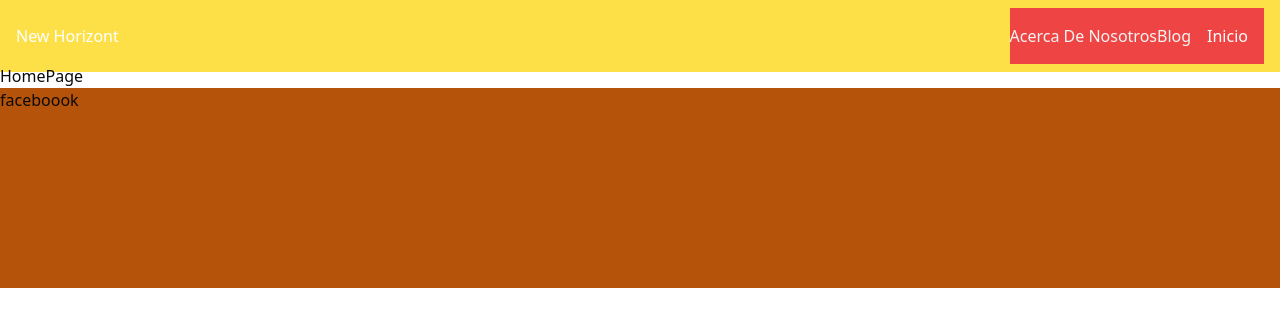
Repository: jefrydep/new-horizont-school
Page: /home
An editor plug-in stored every save of this project. The page is shown before and after the next save, followed by the edit.
The browser window is 1280 px wide. The pictures show the whole page.
The project was rebuilt for these pictures with package versions that can differ from the ones it lists, and the page was loaded fresh each time. The framework's server and built-in components were replaced by stand-ins that run in the browser. Also part of the build but not shown: next.config.ts.

Above is the page before, as saved 2024-11-07 19:57:49.

### src/app/layout.tsx
import type { Metadata } from "next";
import localFont from "next/font/local";
import "./globals.css";
import Navbar from "@/components/Navbar";
import { Button } from "@/components/ui/button";
import Footer from "@/components/Footer";

const geistSans = localFont({
  src: "./fonts/GeistVF.woff",
  variable: "--font-geist-sans",
  weight: "100 900",
});
const geistMono = localFont({
  src: "./fonts/GeistMonoVF.woff",
  variable: "--font-geist-mono",
  weight: "100 900",
});

export const metadata: Metadata = {
  title: "Create Next App",
  description: "Generated by create next app",
};

export default function RootLayout({
  children,
}: Readonly<{
  children: React.ReactNode;
}>) {
  return (
    <html lang="en">
      <body
        className={`   ${geistSans.variable} ${geistMono.variable} antialiased`}
      >
        <Navbar />
        {children}
        <div className=" sm:hidden bg-white border flex justify-center py-3  absolute bottom-0 right-0 left-0">
          <Button className="bg-green-500">
            <span>w</span> Contacto
          </Button>
        </div>
        {/* <div className="absolute bg-red-400 bottom-0 left-1/2 transform -translate-x-1/2 mb-4">
          <Button>Contacto</Button>
        </div> */}
        <Footer/>
      </body>
    </html>
  );
}

### src/app/(new-horizont-school)/layout.tsx
// import type { Metadata } from "next";
// import localFont from "next/font/local";

import Navbar from "@/components/Navbar";

// const geistSans = localFont({
//   src: "./fonts/GeistVF.woff",
//   variable: "--font-geist-sans",
//   weight: "100 900",
// });
// const geistMono = localFont({
//   src: "./fonts/GeistMonoVF.woff",
//   variable: "--font-geist-mono",
//   weight: "100 900",
// });

// export const metadata: Metadata = {
//   title: "Create Next App",
//   description: "Generated by create next app",
// };

export default function SchoolLayout({
  children,
}: Readonly<{
  children: React.ReactNode;
}>) {
  return (
    <html lang="en">
      <body
      // className={`${geistSans.variable} ${geistMono.variable} antialiased`}
      >
        {children}
      </body>
    </html>
  );
}

### src/app/(new-horizont-school)/home/page.tsx

export default function HomePage() {
  return (
    <div>HomePage</div>
  )
}

### src/app/globals.css
@tailwind base;
@tailwind components;
@tailwind utilities;

/* :root {
  --background: #ffffff;
  --foreground: #171717;
}

@media (prefers-color-scheme: dark) {
  :root {
    --background: #0a0a0a;
    --foreground: #ededed;
  }
}

body {
  color: var(--foreground);
  background: var(--background);
  font-family: Arial, Helvetica, sans-serif;
} */
@layer base {
  :root {
    --background: 0 0% 100%;
    --foreground: 20 14.3% 4.1%;
    --card: 0 0% 100%;
    --card-foreground: 20 14.3% 4.1%;
    --popover: 0 0% 100%;
    --popover-foreground: 20 14.3% 4.1%;
    --primary: 24 9.8% 10%;
    --primary-foreground: 60 9.1% 97.8%;
    --secondary: 60 4.8% 95.9%;
    --secondary-foreground: 24 9.8% 10%;
    --muted: 60 4.8% 95.9%;
    --muted-foreground: 25 5.3% 44.7%;
    --accent: 60 4.8% 95.9%;
    --accent-foreground: 24 9.8% 10%;
    --destructive: 0 84.2% 60.2%;
    --destructive-foreground: 60 9.1% 97.8%;
    --border: 20 5.9% 90%;
    --input: 20 5.9% 90%;
    --ring: 20 14.3% 4.1%;
    --chart-1: 12 76% 61%;
    --chart-2: 173 58% 39%;
    --chart-3: 197 37% 24%;
    --chart-4: 43 74% 66%;
    --chart-5: 27 87% 67%;
    --radius: 0.5rem
  }
  .dark {
    --background: 20 14.3% 4.1%;
    --foreground: 60 9.1% 97.8%;
    --card: 20 14.3% 4.1%;
    --card-foreground: 60 9.1% 97.8%;
    --popover: 20 14.3% 4.1%;
    --popover-foreground: 60 9.1% 97.8%;
    --primary: 60 9.1% 97.8%;
    --primary-foreground: 24 9.8% 10%;
    --secondary: 12 6.5% 15.1%;
    --secondary-foreground: 60 9.1% 97.8%;
    --muted: 12 6.5% 15.1%;
    --muted-foreground: 24 5.4% 63.9%;
    --accent: 12 6.5% 15.1%;
    --accent-foreground: 60 9.1% 97.8%;
    --destructive: 0 62.8% 30.6%;
    --destructive-foreground: 60 9.1% 97.8%;
    --border: 12 6.5% 15.1%;
    --input: 12 6.5% 15.1%;
    --ring: 24 5.7% 82.9%;
    --chart-1: 220 70% 50%;
    --chart-2: 160 60% 45%;
    --chart-3: 30 80% 55%;
    --chart-4: 280 65% 60%;
    --chart-5: 340 75% 55%
  }
}
@layer base {
  * {
    @apply border-border;
  }
  body {
    @apply bg-background text-foreground;
  }
}

### src/components/Navbar.tsx
"use client";
import { Menu, X } from "lucide-react";
import Link from "next/link";
import { useState } from "react";

export default function Navbar() {
  const [isOpen, setIsOpen] = useState<boolean>(false);

  return (
    <header className="bg-sky-800 shadow-md h-16">
      <div className="flex justify-between items-center  bg-yellow-300 m-auto container px-4 py-2">
        <div className="text-white">New Horizont</div>
        <nav className="outline-none hidden bg-red-500  sm:flex items-center  list-none">
          <li className="text-secondary">
            <Link href={"/about"}>Acerca De Nosotros</Link>
          </li>
          <li className="text-secondary">
            <Link href={"/blog"}>Blog</Link>
          </li>
          <li className="text-white p-4">
            <Link href={"/"}>Inicio</Link>
          </li>
        </nav>

        {/* Icono de Menú para abrir el menú en móvil */}
        {!isOpen && (
          <div className="sm:hidden">
            <Menu onClick={() => setIsOpen(!isOpen)} color="white" size={45} />
          </div>
        )}

        {/* Menú desplegable con animación */}
        <div
          className={`${
            isOpen ? "opacity-100 visible" : "opacity-0 invisible"
          } absolute top-0 bottom-0 right-0 left-0 bg-black opacity-95 z-30 list-none transition-all ease-in-out `}
        >
          {isOpen && (
            <>
              <li className="text-white p-4">
                <Link href={"/about"}>Acerca De Nosotros</Link>
              </li>
              <li className="text-white p-4">
                <Link href={"/blog"}>Blog</Link>
              </li>
            </>
          )}
        </div>

        {/* Botón para cerrar el menú */}
        {isOpen && (
          <div className="z-40 absolute right-4 sm:hidden">
            <X onClick={() => setIsOpen(!isOpen)} color="white" size={45} />
          </div>
        )}
      </div>
    </header>
  );
}

### src/components/ui/button.tsx
import * as React from "react"
import { Slot } from "@radix-ui/react-slot"
import { cva, type VariantProps } from "class-variance-authority"

import { cn } from "@/lib/utils"

const buttonVariants = cva(
  "inline-flex items-center justify-center gap-2 whitespace-nowrap rounded-md text-sm font-medium transition-colors focus-visible:outline-none focus-visible:ring-1 focus-visible:ring-ring disabled:pointer-events-none disabled:opacity-50 [&_svg]:pointer-events-none [&_svg]:size-4 [&_svg]:shrink-0",
  {
    variants: {
      variant: {
        default:
          "bg-primary text-primary-foreground shadow hover:bg-primary/90",
        destructive:
          "bg-destructive text-destructive-foreground shadow-sm hover:bg-destructive/90",
        outline:
          "border border-input bg-background shadow-sm hover:bg-accent hover:text-accent-foreground",
        secondary:
          "bg-secondary text-secondary-foreground shadow-sm hover:bg-secondary/80",
        ghost: "hover:bg-accent hover:text-accent-foreground",
        link: "text-primary underline-offset-4 hover:underline",
      },
      size: {
        default: "h-9 px-4 py-2",
        sm: "h-8 rounded-md px-3 text-xs",
        lg: "h-10 rounded-md px-8",
        icon: "h-9 w-9",
      },
    },
    defaultVariants: {
      variant: "default",
      size: "default",
    },
  }
)

export interface ButtonProps
  extends React.ButtonHTMLAttributes<HTMLButtonElement>,
    VariantProps<typeof buttonVariants> {
  asChild?: boolean
}

const Button = React.forwardRef<HTMLButtonElement, ButtonProps>(
  ({ className, variant, size, asChild = false, ...props }, ref) => {
    const Comp = asChild ? Slot : "button"
    return (
      <Comp
        className={cn(buttonVariants({ variant, size, className }))}
        ref={ref}
        {...props}
      />
    )
  }
)
Button.displayName = "Button"

export { Button, buttonVariants }

### src/components/Footer.tsx
export default function Footer() {
  return (
    <div className="bg-amber-700 h-[200px]">
      <footer className="container m-auto">
        <div>faceboook</div>
      </footer>
    </div>
  );
}

Loaded but not shown: src/lib/utils.ts (common file); tailwind.config.ts (common file)

After the next save:
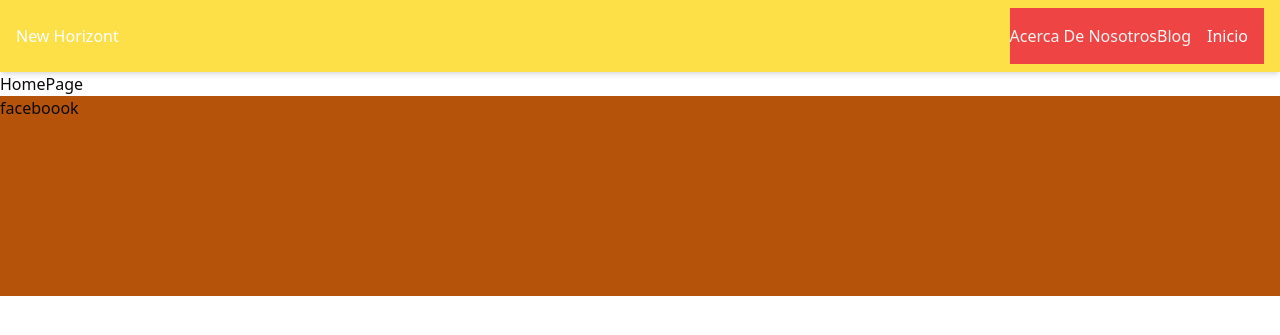
Saved 10 s later.
--- a/src/components/Navbar.tsx
+++ b/src/components/Navbar.tsx
@@ -7,7 +7,7 @@ export default function Navbar() {
   const [isOpen, setIsOpen] = useState<boolean>(false);
 
   return (
-    <header className="bg-sky-800 shadow-md h-16">
+    <header className="bg-sky-800 shadow-md  ">
       <div className="flex justify-between items-center  bg-yellow-300 m-auto container px-4 py-2">
         <div className="text-white">New Horizont</div>
         <nav className="outline-none hidden bg-red-500  sm:flex items-center  list-none">
